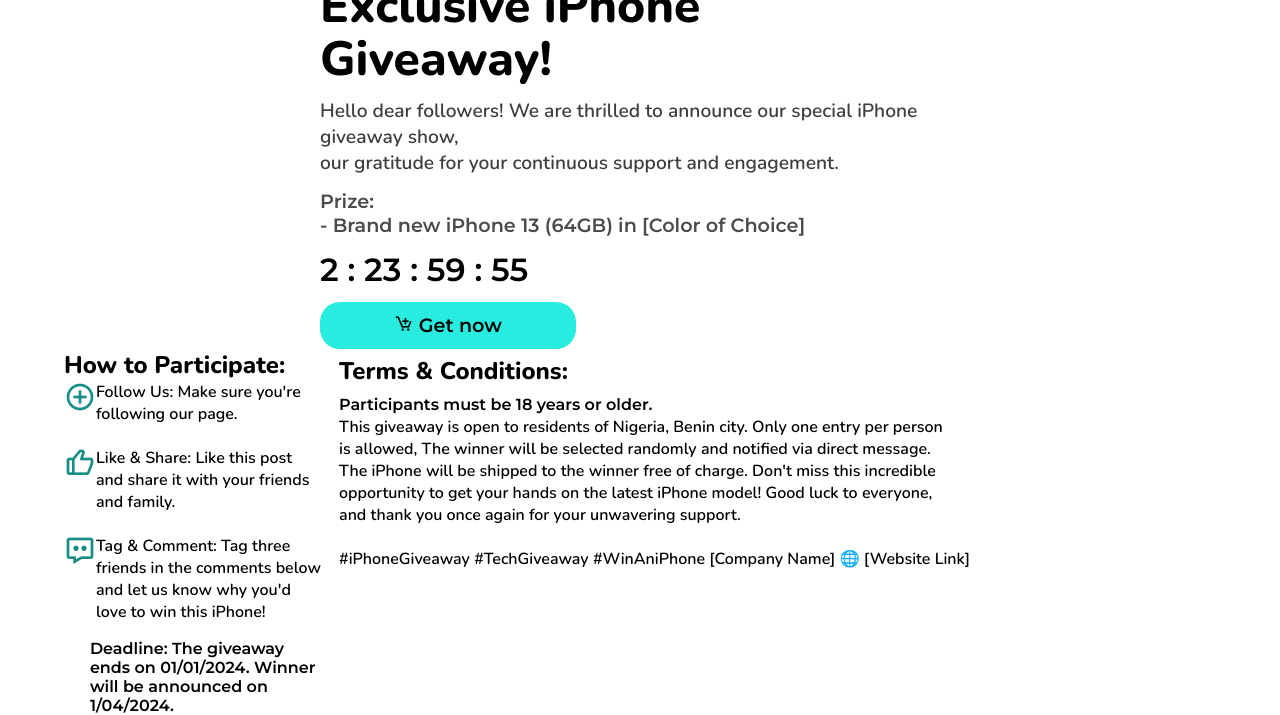
Repository: pasafista/freebie-iphone-webpage
Page: index.html
An editor plug-in stored every save of this project. The page is shown before and after the next save, followed by the edit.
The browser window is 1280 px wide. The pictures show the part of the page from y = 792 to 1507 px (the page is 1507 px tall).
A picture or video elsewhere on the page could not be fetched, so the positions and the page height are approximate.

Above is the page before, as saved 2024-01-02 00:40:14.

### index.html
<!DOCTYPE html>
<html lang="en">
  <head>
    <meta charset="UTF-8" />
    <title>Three-Day Timer</title>
    <link
      href="https://unpkg.com/boxicons@2.1.4/css/boxicons.min.css"
      rel="stylesheet"
    />
    <link rel="preconnect" href="https://fonts.googleapis.com" />
    <link rel="preconnect" href="https://fonts.gstatic.com" crossorigin />
    <link
      href="https://fonts.googleapis.com/css2?family=Montserrat:wght@600&family=Nunito:wght@600;800&display=swap"
      rel="stylesheet"
    />
    <link rel="stylesheet" href="style.css" />
    <script src="script.js"></script>
  </head>
  <body>
    <section class="main">

      <div class="hero-image-container">
        <img
          src="https://i.pinimg.com/474x/2d/cf/68/2dcf689ceba46c826341fbc847af2764.jpg"
          class="hero-image"
        />
      </div>

      <div class="hero-txt">
        <h1>Exclusive <span class="h1">iPhone</span> <br />Giveaway!</h1>
        <div class="top">
          Hello dear followers! We are thrilled to announce our special iPhone
          giveaway show,
          <br />
          our gratitude for your continuous support and engagement.
        </div>
        <div class="bottom">
          Prize:<br />- Brand new iPhone 13 (64GB) in [Color of Choice]
        </div>
        <div class="timer" id="timer">
          <span class="days">3</span> : <span class="hours">00</span> :
          <span class="minutes">00</span> :
          <span class="seconds">00</span>
        </div>

        <button><i class="bx bx-cart-add"></i> Get now</button>
      </div>

    </section>
    <section class="foot">
      <div class="Participate">
        <h1>How to Participate:</h1>
        <ul>
          <li>
            <i class="bx bx-plus-circle"></i> Follow Us: Make sure you're
            following our page.
          </li>
          <br />
          <li>
            <i class="bx bx-like"></i> Like & Share: Like this post and share it
            with your friends and family.
          </li>
          <br />
          <li>
            <i class="bx bx-message-dots"></i>Tag & Comment: Tag three friends
            in the comments below and let us know why you'd love to win this
            iPhone!
          </li>
        </ul>
        <div class="info2">
          <!-- The content will be dynamically updated by JavaScript -->
        </div>
      </div>
      <div class="TC">
        <h1>Terms & Conditions:</h1>
        <p class="para">
          <span class="tiny"> Participants must be 18 years or older. </span
          ><br />
        </p>
        <div class="para-block">
          This giveaway is open to residents of Nigeria, Benin city. Only one
          entry per person is allowed, The winner will be selected randomly and
          notified via direct message. The iPhone will be shipped to the winner
          free of charge. Don't miss this incredible opportunity to get your
          hands on the latest iPhone model! Good luck to everyone, and thank you
          once again for your unwavering support.
        </div>
        <br />
        #iPhoneGiveaway #TechGiveaway #WinAniPhone [Company Name] 🌐 [Website
        Link]
      </div>
    </section>
  </body>
</html>

### style.css
* {
  margin: 0;
  padding: 0;
  box-sizing: border-box;
}

.main {
  display: flex;
  flex-direction: row-reverse;
  align-items: center;
  margin: auto;
}

.hero-image-container {
  width: 40%;
} /* this is a div class name for the hero image, i used this to create a flexbox */

.hero-image {
  width: 100%;
} /*this is the hero image, it is set to 100% so that the image will occupy the space available in the hero image container*/

.hero-txt {
  width: 50%;
  display: flex;
  flex-direction: column;
  justify-content: center;
  align-items: left;
  gap: 0.8em;
}

.hero-txt h1 {
  font-size: 3rem;
  font-family: "Nunito", sans-serif;
  line-height: 1.1em;
}

.h1:hover {
  color: #28ece0;
  cursor: pointer;
}

.top {
  font-size: 1.2rem;
  font-family: "Nunito", sans-serif;
  color: rgb(63, 61, 61);
}

.bottom {
  font-size: 1.2rem;
  font-family: "Montserrat", sans-serif !important;
  color: rgb(76, 74, 74);
}

button {
  width: 40%;
  padding: 0.6em 0.01em;
  font-size: 1.2em;
  border-radius: 20px;
  font-family: "Montserrat", sans-serif !important;
  border: none;
  outline: none;
  background-color: #28ece0;
}

button:hover {
  cursor: pointer;
  box-shadow: 5px 5px 0px 2px #082f2d;
}

.timer {
  font-family: "Montserrat", sans-serif !important;
  font-size: 2rem;
}

.foot {
  display: flex;
  width: 90%;
  margin: auto;
  gap: 1em;
}

.Participate {
  font-family: "Nunito", sans-serif;
  display: flex;
  flex-direction: column;
}

.info2 {
  margin-top: 1em;
  font-family: "Montserrat", sans-serif !important;
  width: 90%;
  align-self: flex-end;
}

ul li {
  display: flex;
  font-weight: 600;
}

li i {
  color: #188e86;
  font-size: 2rem;
}

.TC h1 {
  font-family: "Nunito", sans-serif;
  margin-bottom: 0.3em;
}

.tiny {
  font-size: 1rem;
  font-family: "Montserrat", sans-serif;
}

.para-block {
  font-size: 1rem;
  width: 70%;
}

.TC {
  margin-top: 0.4em;
  font-family: "Nunito", sans-serif;
}

@media screen and (max-width:320px), (min-width:480px) {
    .main{
display: flex;
flex-direction: column;

    }

    .hero-image-container{
        width: 80%;
    }

    .hero-image{
        width: 100%;
    }

    .hero-txt{
        text-align: none;
    }
}

### script.js
document.addEventListener('DOMContentLoaded', function() {
    var deadline = new Date();
    deadline.setDate(deadline.getDate() + 3); // Set deadline 3 days from now

    function getTimeRemaining(endtime) {
        var total = Date.parse(endtime) - Date.parse(new Date());
        var seconds = Math.floor((total / 1000) % 60);
        var minutes = Math.floor((total / 1000 / 60) % 60);
        var hours = Math.floor((total / (1000 * 60 * 60)) % 24);
        var days = Math.floor(total / (1000 * 60 * 60 * 24));
        return {
            total,
            days,
            hours,
            minutes,
            seconds
        };
    }

    function initializeClock(id, endtime) {
        var clock = document.getElementById(id);
        var daysSpan = clock.querySelector('.days');
        var hoursSpan = clock.querySelector('.hours');
        var minutesSpan = clock.querySelector('.minutes');
        var secondsSpan = clock.querySelector('.seconds');

        function updateClock() {
            var t = getTimeRemaining(endtime);

            daysSpan.innerHTML = t.days;
            hoursSpan.innerHTML = ('0' + t.hours).slice(-2);
            minutesSpan.innerHTML = ('0' + t.minutes).slice(-2);
            secondsSpan.innerHTML = ('0' + t.seconds).slice(-2);

            if (t.total <= 0) {
                clearInterval(timeinterval);
            }
        }

        updateClock();
        var timeinterval = setInterval(updateClock, 1000);
    }

    initializeClock('timer', deadline);

    // Display today's date and the date 3 days from now
    var today = new Date();
    var dd = String(today.getDate()).padStart(2, '0');
    var mm = String(today.getMonth() + 1).padStart(2, '0'); // January is 0!
    var yyyy = today.getFullYear();
    var threeDaysFromNow = new Date(today);
    threeDaysFromNow.setDate(today.getDate() + 3);

    today = mm + '/' + dd + '/' + yyyy;
    threeDaysFromNow = (threeDaysFromNow.getMonth() + 1) + '/' + String(threeDaysFromNow.getDate()).padStart(2, '0') + '/' + threeDaysFromNow.getFullYear();

    // Update the content of the info2 div
    var info2Div = document.querySelector('.info2');
    info2Div.innerHTML = "Deadline: The giveaway ends on " + today + ". Winner will be announced on " + threeDaysFromNow + ".";
});

After the next save:
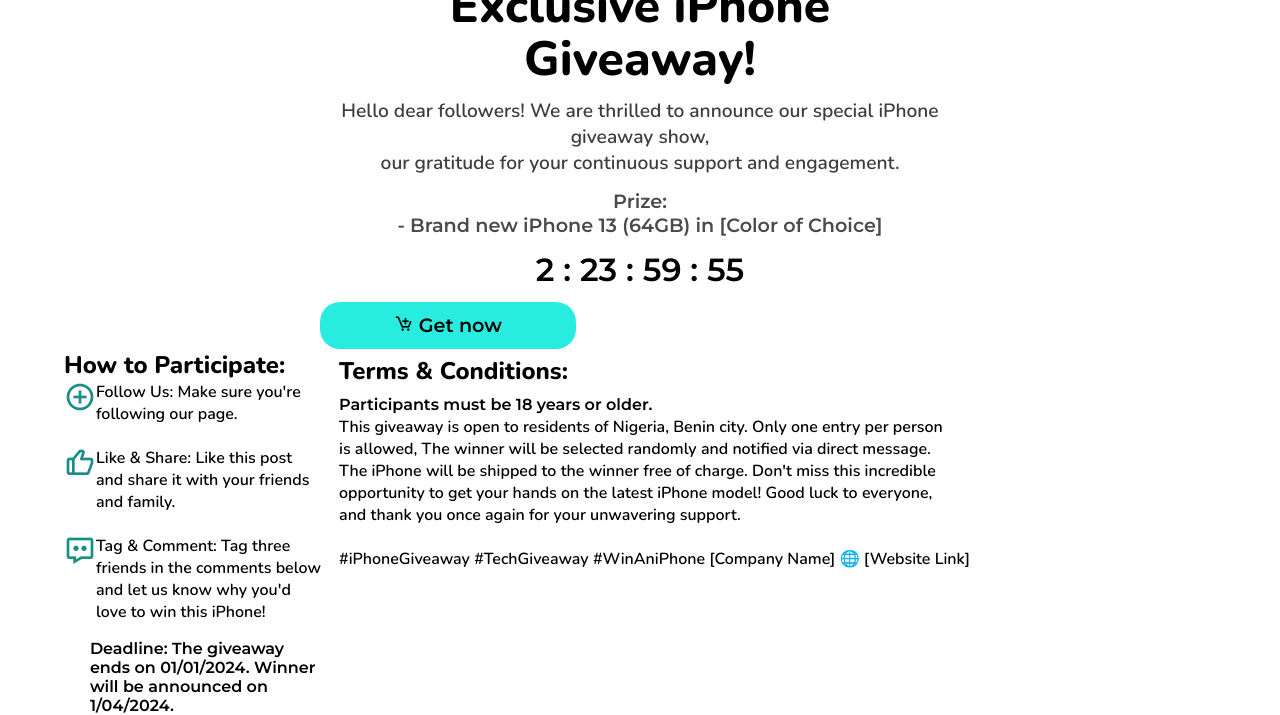
Saved 4 s later.
--- a/style.css
+++ b/style.css
@@ -138,6 +138,6 @@
     }
 
     .hero-txt{
-        text-align: none;
+        text-align: center;
     }
 }

After the save that followed:
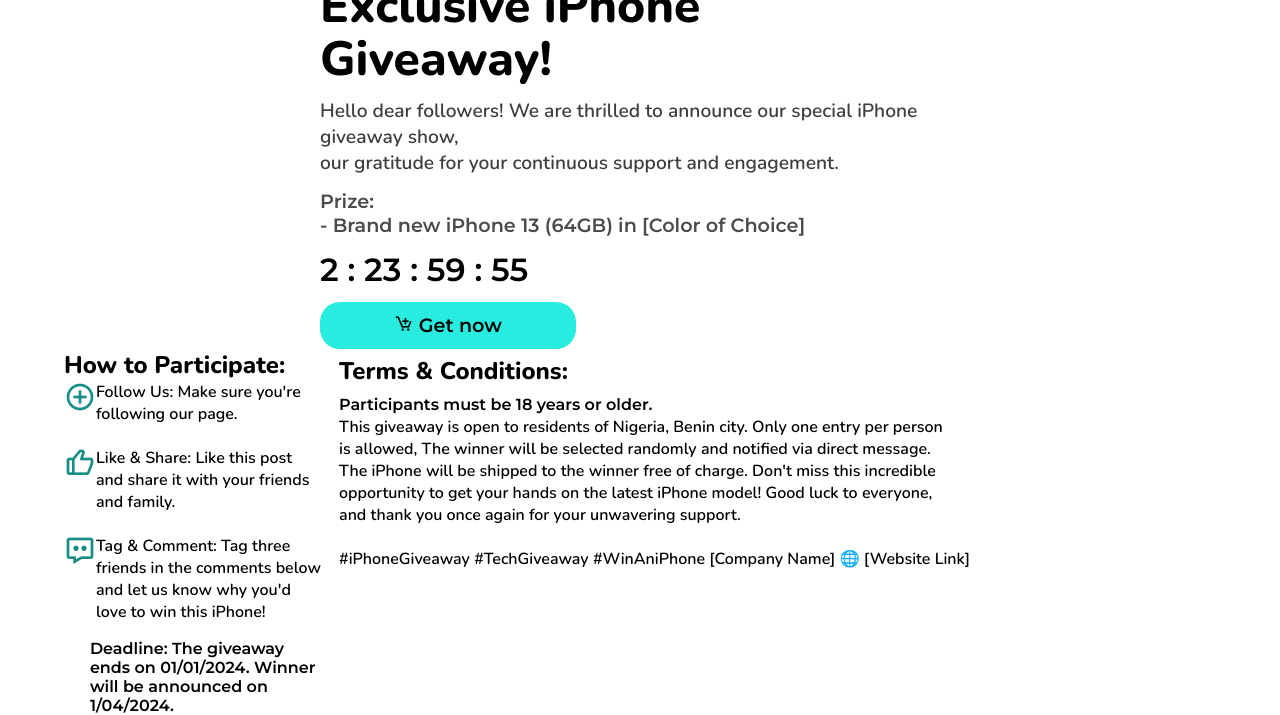
Saved 42 s later.
--- a/style.css
+++ b/style.css
@@ -138,6 +138,6 @@
     }
 
     .hero-txt{
-        text-align: center;
+        text-align: unset;
     }
 }
